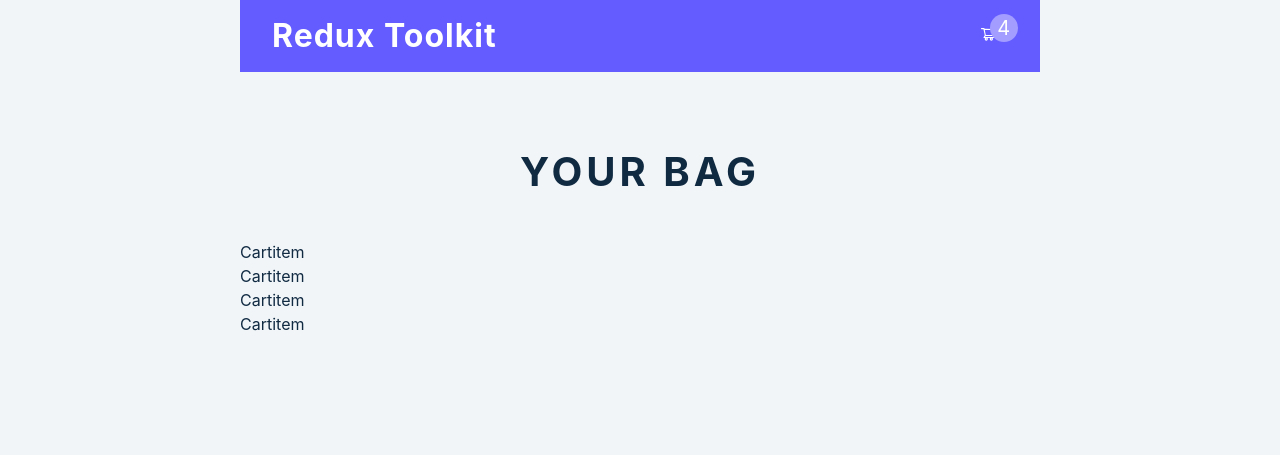
Repository: Nurlan-Bakenbaev/ReduxToolit
Page: /
An editor plug-in stored every save of this project. The page is shown before and after a run of saves, followed by the edit.
The browser window is 1280 px wide. The pictures show the whole page.
The project was rebuilt for these pictures with package versions that can differ from the ones it lists, and the page was loaded fresh each time.

Above is the page before, as saved 2023-11-08 23:27:04.

### src/index.js
import React from "react";
import { createRoot } from "react-dom/client";
import "./index.css";
import App from "./App";
import store from "./redux/store";
import { Provider } from "react-redux";
const container = document.getElementById("root");
const root = createRoot(container);

root.render(
  <React.StrictMode>
    <Provider store={store}>
      <App />
    </Provider>
  </React.StrictMode>
);

### src/index.css
/*
===============
Variables
===============
*/

:root {
  --clr-primary: #645cff;
  --clr-primary-dark: #282566;
  --clr-primary-light: #a29dff;
  --clr-grey-1: #102a42;
  --clr-grey-5: #617d98;
  --clr-grey-10: #f1f5f8;
  --clr-white: #fff;
  --clr-red-dark: hsl(360, 67%, 44%);
  --clr-red-light: hsl(360, 71%, 66%);
  --transition: all 0.3s linear;
  --spacing: 0.25rem;
  --radius: 0.25rem;
  --large-screen-width: 1170px;
  --small-screen-width: 90vw;
  --fixed-width: 50rem;
}
* {
  margin: 0;
  padding: 0;
  box-sizing: border-box;
}
body {
  font-family: -apple-system, BlinkMacSystemFont, 'Segoe UI', Roboto, Oxygen,
    Ubuntu, Cantarell, 'Open Sans', 'Helvetica Neue', sans-serif;
  background: var(--clr-grey-10);
  color: var(--clr-grey-1);
  line-height: 1.5;
  font-size: 0.875rem;
}
a {
  text-decoration: none;
}
img {
  width: 100%;
  display: block;
}
h1,
h2,
h3,
h4 {
  letter-spacing: var(--spacing);
  text-transform: capitalize;
  line-height: 1.25;
  margin-bottom: 0.75rem;
}
h1 {
  font-size: 3rem;
}
h2 {
  font-size: 2rem;
}
h3 {
  font-size: 1.5rem;
}
h4 {
  font-size: 0.875rem;
}
p {
  margin-bottom: 1.25rem;
}
@media screen and (min-width: 800px) {
  h1 {
    font-size: 4rem;
  }
  h2 {
    font-size: 2.5rem;
  }
  h3 {
    font-size: 2rem;
  }
  h4 {
    font-size: 1rem;
  }
  body {
    font-size: 1rem;
  }
  h1,
  h2,
  h3,
  h4 {
    line-height: 1;
  }
}
/* more global css */

.btn {
  text-transform: uppercase;
  background: var(--clr-primary);
  color: var(--clr-white);
  padding: 0.375rem 0.75rem;
  letter-spacing: var(--spacing);
  display: inline-block;
  font-weight: 700;
  transition: var(--transition);
  font-size: 0.875rem;
  border: none;
  cursor: pointer;
  box-shadow: 0 1px 3px rgba(0, 0, 0, 0.2);
}
.btn:hover {
  color: var(--clr-primary);
  background: var(--clr-primary-light);
}

/*
===============
Navbar
===============
*/
.loading {
  text-align: center;
  margin-top: 5rem;
}
nav {
  background: var(--clr-primary);
  padding: 1.25rem 2rem;
}
.nav-center {
  max-width: var(--fixed-width);
  width: 100%;
  margin: 0 auto;
  display: flex;
  justify-content: space-between;
  align-items: center;
}
nav h3 {
  margin-bottom: 0;
  letter-spacing: 1px;
  color: var(--clr-white);
}
.nav-container {
  display: block;
  position: relative;
}

nav svg {
  width: 40px;
  color: var(--clr-white);
}
.amount-container {
  position: absolute;
  top: -0.6rem;
  right: -0.6rem;
  width: 1.75rem;
  height: 1.75rem;
  border-radius: 50%;
  background: var(--clr-primary-light);
  display: flex;
  align-items: center;
  justify-content: center;
}
.total-amount {
  color: var(--clr-white);
  margin-bottom: 0;
  font-size: 1.25rem;
}
/*
===============
Cart
===============
*/
.cart {
  min-height: calc(100vh - 120px);
  width: 90vw;
  margin: 0 auto;
  margin-top: 40px;
  padding: 2.5rem 0;
  max-width: var(--fixed-width);
}
.cart h2 {
  text-transform: uppercase;
  text-align: center;
  margin-bottom: 3rem;
}
.empty-cart {
  text-transform: lowercase;
  color: var(--clr-grey-5);
  margin-top: 1rem;
  text-align: center;
}
.cart footer {
  margin-top: 4rem;
  text-align: center;
}
.cart-total h4 {
  text-transform: capitalize;
  display: flex;
  justify-content: space-between;
  margin-top: 1rem;
}
.clear-btn,
.confirm-btn {
  background: transparent;
  padding: 0.5rem 1rem;
  color: var(--clr-red-dark);
  border: 1px solid var(--clr-red-dark);
  margin-top: 2.25rem;
  border-radius: var(--radius);
}
.clear-btn:hover {
  background: var(--clr-red-light);
  color: var(--clr-red-dark);
  border-color: var(--clr-red-light);
}
.confirm-btn {
  border-color: var(--clr-primary);
  color: var(--clr-primary);
}
/*
===============
Cart Item
===============
*/
.cart-item {
  display: grid;
  align-items: center;
  grid-template-columns: auto 1fr auto;
  grid-column-gap: 1.5rem;
  margin: 1.5rem 0;
}
.cart-item img {
  width: 5rem;
  height: 5rem;
  object-fit: cover;
}
.cart-item h4 {
  margin-bottom: 0.5rem;
  font-weight: 500;
  letter-spacing: 2px;
}
.item-price {
  color: var(--clr-grey-5);
}
.remove-btn {
  color: var(--clr-primary);
  letter-spacing: var(--spacing);
  cursor: pointer;
  font-size: 0.85rem;
  background: transparent;
  border: none;
  margin-top: 0.375rem;
  transition: var(--transition);
}
.remove-btn:hover {
  color: var(--clr-primary-light);
}
.amount-btn {
  width: 24px;
  background: transparent;
  border: none;
  cursor: pointer;
}
.amount-btn svg {
  color: var(--clr-primary);
}
.amount-btn:hover svg {
  color: var(--clr-primary-light);
}
.amount {
  text-align: center;
  margin-bottom: 0;
  font-size: 1.25rem;
  line-height: 1;
}
hr {
  background: var(--clr-grey-5);
  border-color: transparent;
  border-width: 0.25px;
}

.modal-container {
  position: fixed;
  top: 0;
  left: 0;
  width: 100%;
  height: 100%;
  background: rgba(0, 0, 0, 0.7);
  z-index: 10;
  display: flex;
  align-items: center;
  justify-content: center;
}

.modal {
  background: var(--clr-white);
  width: 80vw;
  max-width: 400px;
  border-radius: var(--radius);
  padding: 2rem 1rem;
  text-align: center;
}
.modal h4 {
  margin-bottom: 0;
  line-height: 1.5;
}
.modal .clear-btn,
.modal .confirm-btn {
  margin-top: 1rem;
}
.btn-container {
  display: flex;
  justify-content: space-around;
}

### src/App.js
import React from "react";
import Navbar from "./components/Navbar";
import CartContainer from "./components/CartContainer";
function App() {
  return (
    <div>
      <Navbar />
      <CartContainer />
    </div>
  );
}
export default App;

### src/redux/store.js
import { configureStore } from "@reduxjs/toolkit";
import cartReducer from "./features/cartSlice";
const store = configureStore({
  reducer: {
    cart: cartReducer },
});
export default store;

### src/components/Navbar.js
import React from "react";
import { AiOutlineShoppingCart } from "react-icons/ai";
import { useSelector } from "react-redux";
const Navbar = () => {
  const { amount } = useSelector((store) => store.cart);
  console.log(useSelector((store) => store.cart[0]));
  return (
    <nav className="nav-center">
      <h3> Redux Toolkit</h3>
      <div className="nav-container">
        <AiOutlineShoppingCart />
        <div className="amount-container">
          <p className="total-amount">{amount}</p>
        </div>
      </div>
    </nav>
  );
};
export default Navbar;

### src/components/CartContainer.js
import React from "react";
import { useSelector } from "react-redux";
import Cartitem from "./Cartitem";

const CartContainer = () => {
  const { cartItems, total, amount } = useSelector((state) => state.cart);

  if (amount < 1) {
    return (
      <section className="cart">
        <header>
          <h2>Your Bag </h2>
          <h4 className="empty-cart">is currently empty</h4>
        </header>
      </section>
    );
  }
  return (
    <section className="cart">
      <header>
        <h2>Your bag</h2>
      </header>
      {cartItems?.map((item) => (
        <Cartitem key={item.id} {...item} />
      ))}
      <footer>
        <div><h4></h4></div>
      </footer>
    </section>
  );
};

export default CartContainer;

### src/redux/features/cartSlice.js
import { createSlice } from "@reduxjs/toolkit";
import cartItems from "../../cartItems";
const initialState = {
  cartItems: cartItems,
  amount: 4,
  total: 0,
  isLoading: true,
};
const cartSlice = createSlice({
  name: "cart",
  initialState,
});
export default cartSlice.reducer;

### src/components/Cartitem.js
import React from "react";

const Cartitem = () => {
  return <div>Cartitem</div>;
};
export default Cartitem;

### src/cartItems.js
const cartItems = [
  {
    id: 'rec1JZlfCIBOPdcT2',
    title: 'Samsung Galaxy S8',
    price: '399.99',
    img: 'https://images2.imgbox.com/c2/14/zedmXgs6_o.png',
    amount: 1,
  },
  {
    id: 'recB6qcHPxb62YJ75',
    title: 'google pixel',
    price: '499.99',
    img: 'https://images2.imgbox.com/fb/3d/O4TPmhlt_o.png',
    amount: 1,
  },
  {
    id: 'recdRxBsE14Rr2VuJ',
    title: 'Xiaomi Redmi Note 2',
    price: '699.99',
    img: 'https://images2.imgbox.com/4f/3d/WN3GvciF_o.png',
    amount: 1,
  },
  {
    id: 'recwTo160XST3PIoW',
    title: 'Samsung Galaxy S7',
    price: '599.99 ',
    img: 'https://images2.imgbox.com/2e/7c/yFsJ4Zkb_o.png',
    amount: 1,
  },
];
export default cartItems;

Loaded but not shown: public/index.html (common file)

After the next 5 saves:
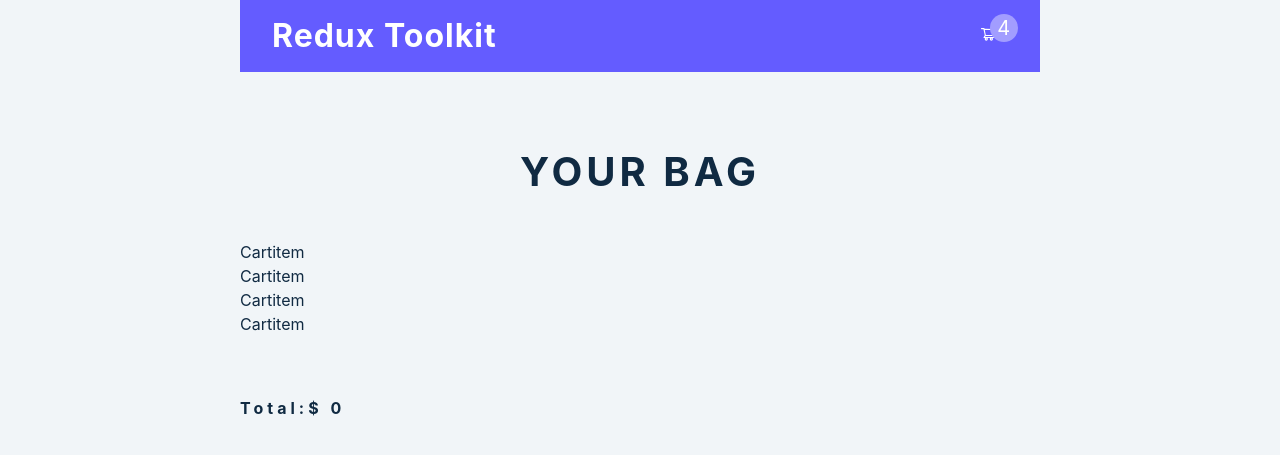
The 5 saves are shown as one change because they came seconds apart.
The last was saved 12 s later.
--- a/src/components/CartContainer.js
+++ b/src/components/CartContainer.js
@@ -24,7 +24,9 @@
         <Cartitem key={item.id} {...item} />
       ))}
       <footer>
-        <div><h4></h4></div>
+        <div className="cart-total">
+          <h4>total:$ {total} </h4>
+        </div>
       </footer>
     </section>
   );
